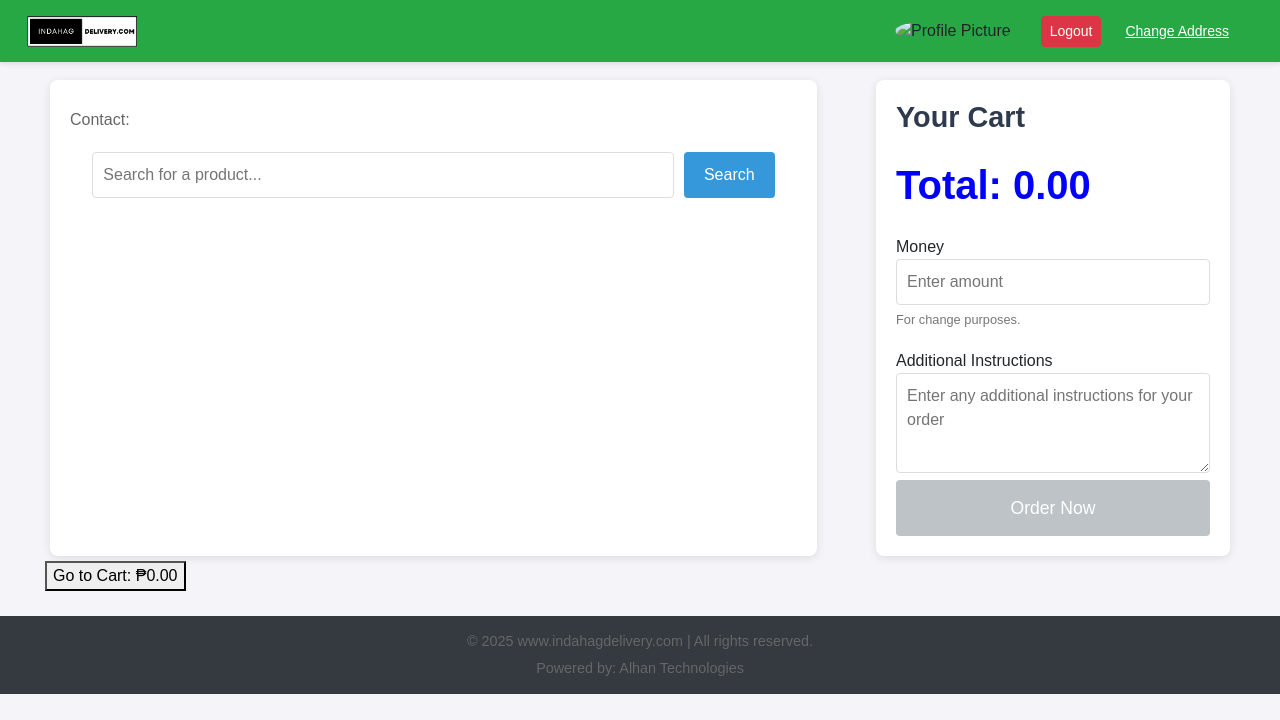
Repository: Jijiluzana225/indahagdelivery.com
Page: store/templates/store/store_products.html
The author's editor kept a copy of each file at every save. The page is drawn from the files as they stood at one save, then again after the next save.
The browser window is 1280 px wide. The pictures show the whole page.
The template is drawn by Django 5.2. The application's start-up code is not run. The template is opened directly, without the code that normally fills it, so the values that code supplies are empty.

Above is the page before, as saved 2025-01-23 12:30:03.

After the next save:
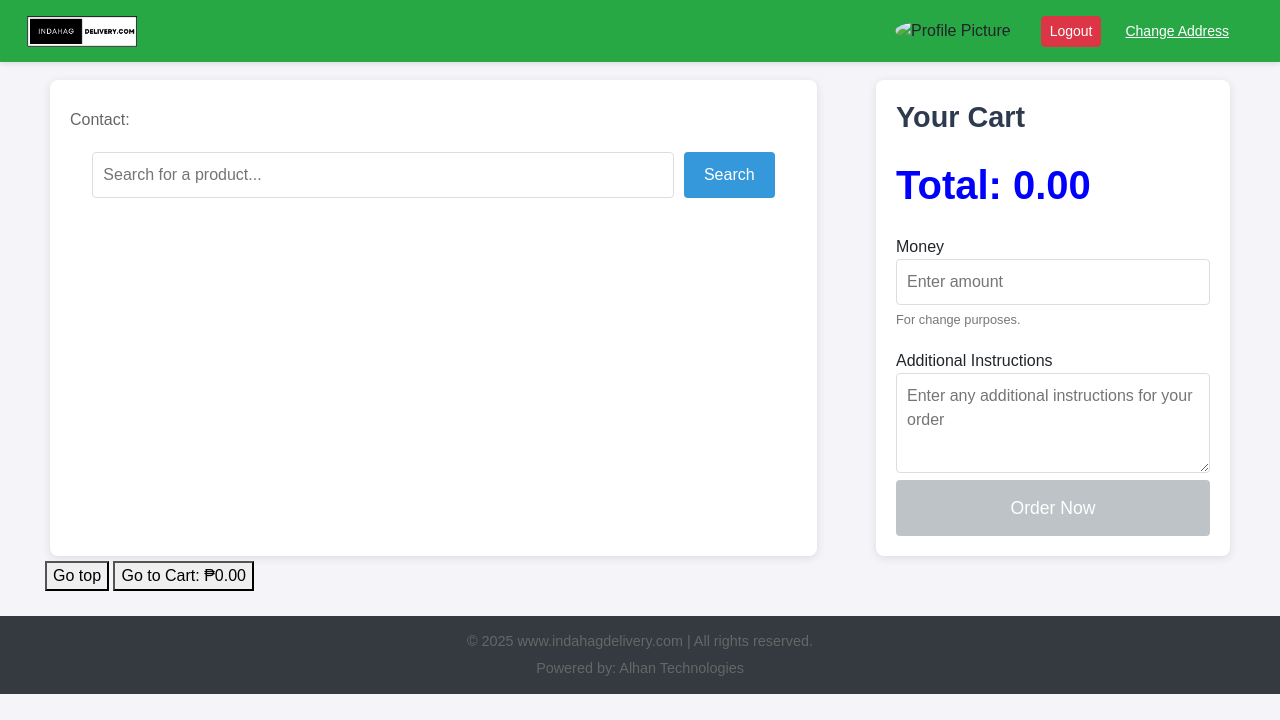
Saved 3 min 49 s later.
--- a/store/templates/store/store_products.html
+++ b/store/templates/store/store_products.html
@@ -427,6 +427,7 @@
 </div>
 
 <div class="go-to-cart">
+    <button onclick="scrollToCart()">Go top</button>
     <button onclick="scrollToCart()">Go to Cart: <span id="go-to-cart-total">₱0.00</span></button>
 </div>
 
